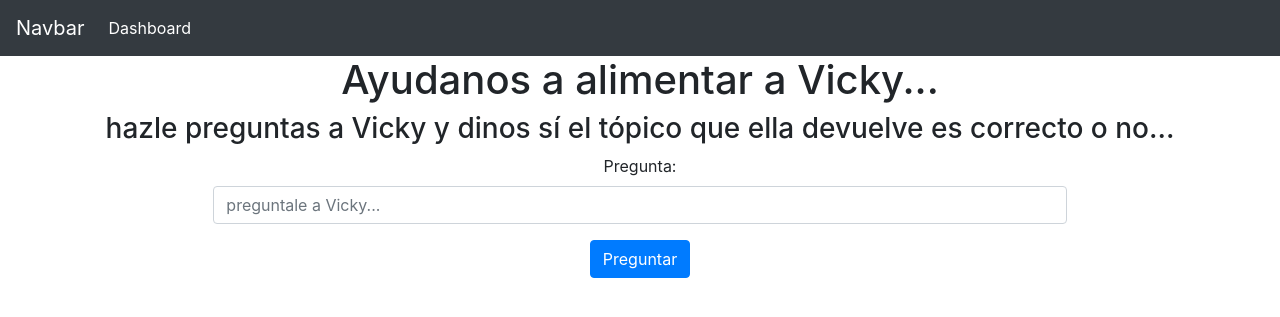
Repository: Crixtiancub/feedback_Vicky
Page: vicky/templates/dashboard.html
These files come from the project's save history. The page is drawn as it stood at one moment and after the next save; the edit follows.
The browser window is 1280 px wide. The pictures show the whole page.
The template is drawn by Django 3.2. The application's start-up code is not run. Other server files are loaded and not shown. The template is opened directly, without the code that normally fills it, so the values that code supplies are empty.

Above is the page before, as saved 2021-05-13 15:16:57.

### vicky/templates/dashboard.html
{% extends 'main.html' %}

{% block content %}

<center>

    <h1>Ayudanos a alimentar a Vicky...</h1>

    <h3>hazle {{ num_visits }} {%if num_visits == 1%} pregunta{% else %}
        preguntas{% endif %}  a Vicky y dinos sí el tópico que ella
        devuelve es correcto o no...</h3>

    <form id="preguntar_Vicky" action="{% url 'vicky' %}" method="POST">
        {% csrf_token%}

        <div class="form-group">
            <label for="txt_pregunta_Vicky">Pregunta:</label><br>

            <input type="text" id="txt_pregunta_Vicky"
            name="pregunta_Vicky" v-model="pregunta" class="col-sm-8 form-control"
            placeholder="preguntale a Vicky..." required>
        </div>

        <button id="preguntar" class="btn btn-primary" type="submit">Preguntar</button>
    </form>

    <br>

    {% if respuesta != null %}

        <form action="{% url 'vicky' %}" method="POST">
            {% csrf_token%}

            <h3>Su pregunta para Vicky fue...</h3>
            <input type="text" aling="center" class="col-sm-8"
            readonly name="retorno_Pregunta" value="{{ pregunta }}" >
            <br>
            <br>

            <h3>La respuesta Vicky es...</h3>
            <input type="text" aling="center" class="col-sm-8"
            readonly name="retorno_Respuesta" value="{{ respuesta }}">
            <br>
            <br>

            <h3>Vicky contesto correctamente ?</h3>

            <button type="submit" class="col-sm-2 btn btn-primary btn-lg"
            id="responder_Si" name="Si" value="Si">Si</button>

            <button type="submit" class="col-sm-2 btn btn-danger btn-lg"
            id="responder_No" name="No" value="No">No</button>
        </form>

    {% endif %}

</<center>

<script>

</script>

{% endblock %}

### vicky/templates/main.html
<!DOCTYPE html>
 <!-- Latest compiled and minified CSS -->
 <link rel="stylesheet" href="https://maxcdn.bootstrapcdn.com/bootstrap/4.5.2/css/bootstrap.min.css">

 <!-- jQuery library -->
 <script src="https://ajax.googleapis.com/ajax/libs/jquery/3.5.1/jquery.min.js"></script>

 <!-- Popper JS -->
 <script src="https://cdnjs.cloudflare.com/ajax/libs/popper.js/1.16.0/umd/popper.min.js"></script>

 <!-- Latest compiled JavaScript -->
 <script src="https://maxcdn.bootstrapcdn.com/bootstrap/4.5.2/js/bootstrap.min.js"></script>

<!-- versión de desarrollo, incluye advertencias de ayuda en la consola -->
<script src="https://unpkg.com/vue"></script>

<html>
    <head>
        <title>
            Prueba1
        </title>
    </head>
    <body>
        {% include 'navbar.html' %}

        {% block content %}

        {% endblock %}
    </body>
</html>

### vicky/templates/navbar.html
 <nav class="navbar navbar-expand-lg navbar-dark bg-dark">
    <a class="navbar-brand" href="#">Navbar</a>
    <button class="navbar-toggler" type="button" data-toggle="collapse" data-target="#navbarSupportedContent" aria-controls="navbarSupportedContent" aria-expanded="false" aria-label="Toggle navigation">
      <span class="navbar-toggler-icon"></span>
    </button>

    <div class="collapse navbar-collapse" id="navbarSupportedContent">
      <ul class="navbar-nav mr-auto">
        <li class="nav-item active">
          <a class="nav-link" href="{% url 'user_Name' %}" disabled="true">Dashboard</a>
        </li>
        <!-- <li class="nav-item dropdown">
          <a class="nav-link dropdown-toggle" href="#" id="navbarDropdown" role="button" data-toggle="dropdown" aria-haspopup="true" aria-expanded="false">
            Dropdown
          </a>
          <div class="dropdown-menu" aria-labelledby="navbarDropdown">
            <a class="dropdown-item" href="#">Action</a>
            <a class="dropdown-item" href="#">Another action</a>
            <div class="dropdown-divider"></div>
            <a class="dropdown-item" href="#">Something else here</a>
          </div>
        </li>
        <li class="nav-item">
          <a class="nav-link disabled" href="#">Disabled</a>
        </li>
      </ul>
      <form class="form-inline my-2 my-lg-0">
        <input class="form-control mr-sm-2" type="search" placeholder="Search" aria-label="Search">
        <button class="btn btn-outline-success my-2 my-sm-0" type="submit">Search</button>
      </form> -->
    </div>
  </nav>

After the next save:
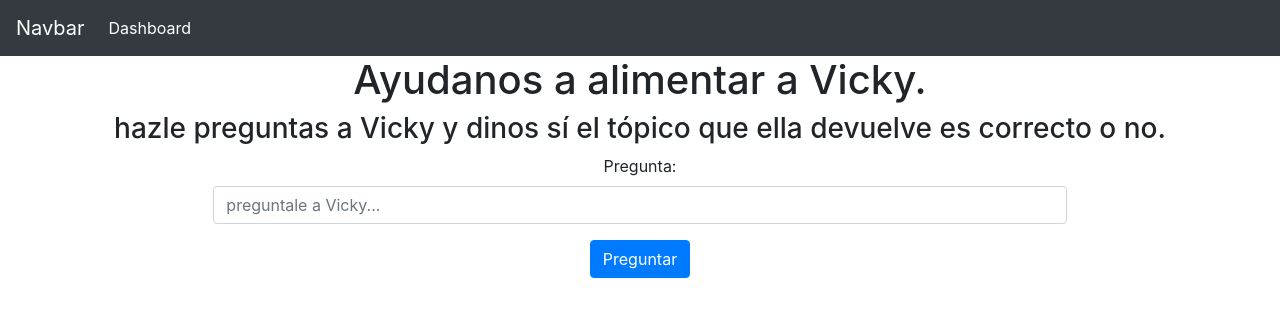
Saved 2 min 10 s later.
--- a/vicky/templates/dashboard.html
+++ b/vicky/templates/dashboard.html
@@ -4,11 +4,11 @@
 
 <center>
 
-    <h1>Ayudanos a alimentar a Vicky...</h1>
+    <h1>Ayudanos a alimentar a Vicky.</h1>
 
     <h3>hazle {{ num_visits }} {%if num_visits == 1%} pregunta{% else %}
         preguntas{% endif %}  a Vicky y dinos sí el tópico que ella
-        devuelve es correcto o no...</h3>
+        devuelve es correcto o no.</h3>
 
     <form id="preguntar_Vicky" action="{% url 'vicky' %}" method="POST">
         {% csrf_token%}
@@ -31,13 +31,13 @@
         <form action="{% url 'vicky' %}" method="POST">
             {% csrf_token%}
 
-            <h3>Su pregunta para Vicky fue...</h3>
+            <h3>Su pregunta para Vicky fue:</h3>
             <input type="text" aling="center" class="col-sm-8"
             readonly name="retorno_Pregunta" value="{{ pregunta }}" >
             <br>
             <br>
 
-            <h3>La respuesta Vicky es...</h3>
+            <h3>La respuesta Vicky es:</h3>
             <input type="text" aling="center" class="col-sm-8"
             readonly name="retorno_Respuesta" value="{{ respuesta }}">
             <br>
